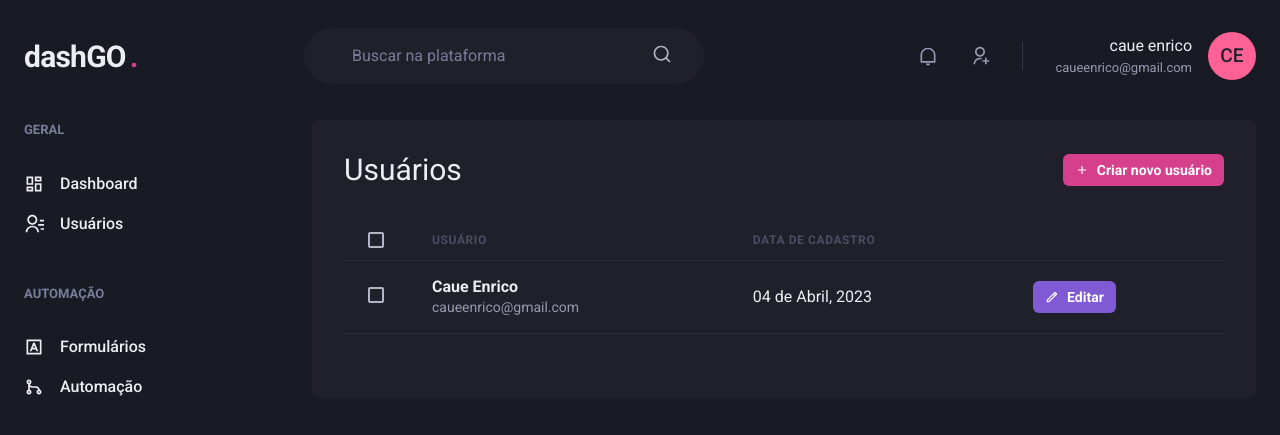
Repository: caueenrico/DashGO
Page: /user
These files come from the project's save history. The page is drawn as it stood at one moment and after a run of saves; the edit follows.
The browser window is 1280 px wide. The pictures show the whole page.
The project was rebuilt for these pictures with package versions that can differ from the ones it lists, and the page was loaded fresh each time. The framework's server and built-in components were replaced by stand-ins that run in the browser. Also part of the build but not shown: next.config.js.

Above is the page before, as saved 2023-03-15 10:58:35.

After the next 4 saves:
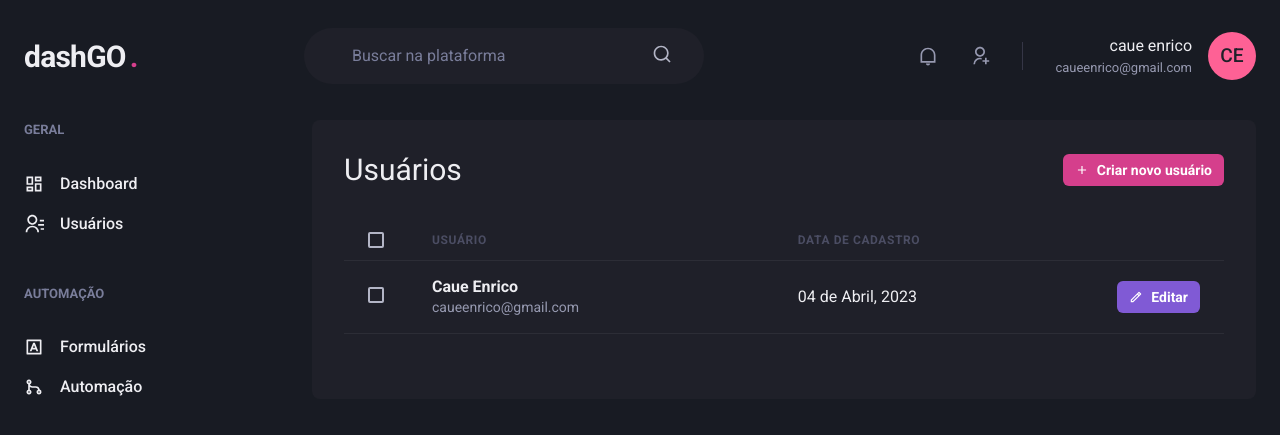
The 4 saves are shown as one change because they came seconds apart.
The last was saved 33 s later.
--- a/src/pages/user/index.tsx
+++ b/src/pages/user/index.tsx
@@ -30,7 +30,7 @@ export default function UserList() {
                 </Th>
                 <Th>Usuário</Th>
                 <Th>Data de cadastro</Th>
-                <Th></Th>
+                <Th w="8" ></Th>
               </Tr>
             </Thead>
 
